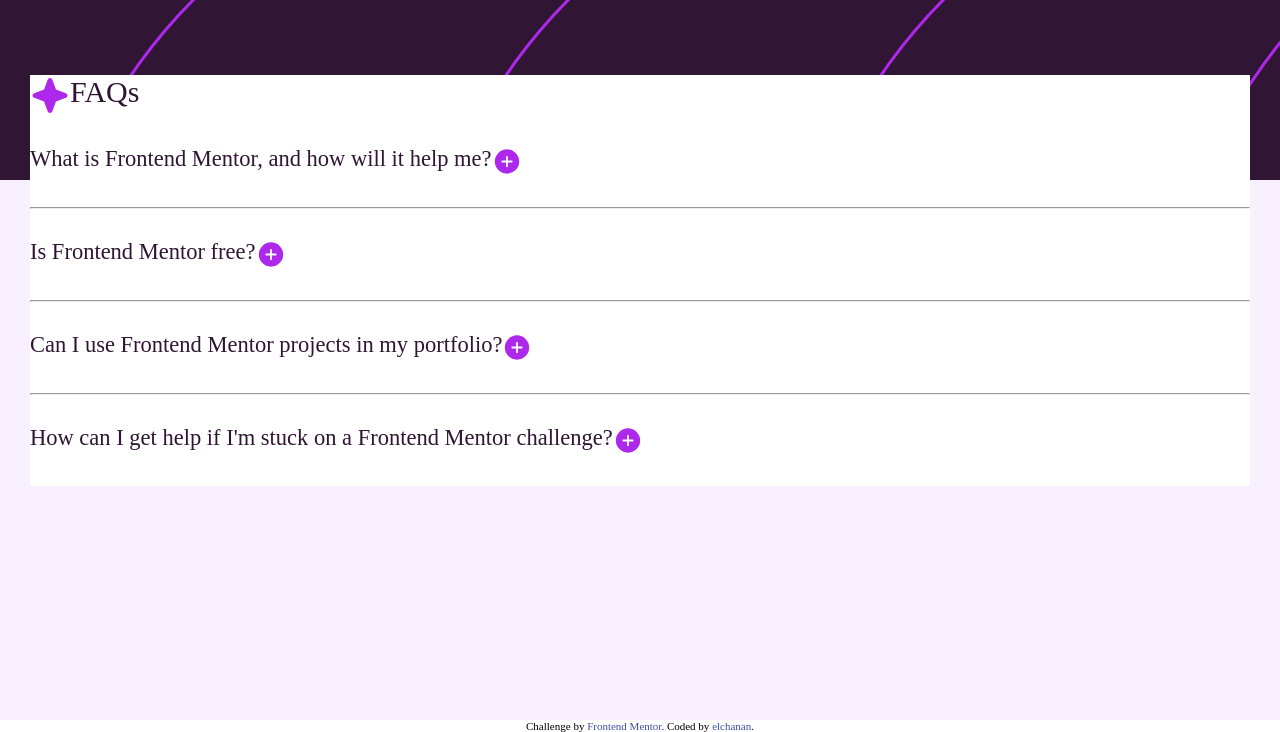
Repository: elchananChen/frontend-mentor-projects
Page: 2024/10/faQs/index.html
These files come from the project's save history. The page is drawn as it stood at one moment and after the next save; the edit follows.
The browser window is 1280 px wide. The pictures show the whole page.

Above is the page before, as saved 2024-10-13 06:11:00.

### 2024/10/faQs/index.html
<!DOCTYPE html>
<html lang="en">
  <head>
    <meta charset="UTF-8" />
    <meta name="viewport" content="width=device-width, initial-scale=1.0" />

    <link
      rel="icon"
      type="image/png"
      sizes="32x32"
      href="./assets/images/favicon-32x32.png"
    />

    <title>Frontend Mentor | FAQ accordion</title>

    <style>
      .attribution {
        font-size: 11px;
        text-align: center;
      }
      .attribution a {
        color: hsl(228, 45%, 44%);
      }
    </style>
    <link rel="stylesheet" href="./style.css" />
  </head>
  <body>
    <article>
      <div class="card">
        <header>
          <div class="flex">
            <div><img src="./assets/images/icon-star.svg" alt="" /></div>
            <h1>FAQs</h1>
          </div>
        </header>
        <main>
          <div class="flex Q-wrapper">
            <h3>What is Frontend Mentor, and how will it help me?</h3>
            <div><img src="./assets/images/icon-plus.svg" alt="" /></div>
          </div>
          <p class="hidden">
            Frontend Mentor offers realistic coding challenges to help
            developers improve their frontend coding skills with projects in
            HTML, CSS, and JavaScript. It's suitable for all levels and ideal
            for portfolio building.
          </p>
          <hr />
          <div class="flex Q-wrapper">
            <h3>Is Frontend Mentor free?</h3>
            <div><img src="./assets/images/icon-plus.svg" alt="" /></div>
          </div>
          <p class="hidden">
            Yes, Frontend Mentor offers both free and premium coding challenges,
            with the free option providing access to a range of projects
            suitable for all skill levels.
          </p>
          <hr />
          <div class="flex Q-wrapper">
            <h3>Can I use Frontend Mentor projects in my portfolio?</h3>
            <div><img src="./assets/images/icon-plus.svg" alt="" /></div>
          </div>
          <p class="hidden">
            Yes, you can use projects completed on Frontend Mentor in your
            portfolio. It's an excellent way to showcase your skills to
            potential employers!
          </p>
          <hr />
          <div class="flex Q-wrapper">
            <h3>
              How can I get help if I'm stuck on a Frontend Mentor challenge?
            </h3>
            <div><img src="./assets/images/icon-plus.svg" alt="" /></div>
          </div>
          <p class="hidden">
            The best place to get help is inside Frontend Mentor's Discord
            community. There's a help channel where you can ask questions and
            seek support from other community members.
          </p>
        </main>
      </div>
    </article>
    <div class="attribution">
      Challenge by
      <a href="https://www.frontendmentor.io?ref=challenge" target="_blank"
        >Frontend Mentor</a
      >. Coded by <a href="#">elchanan</a>.
    </div>
  </body>
</html>

### 2024/10/faQs/style.css
@import url("./css/reset.css");
@import url("./css/varieble.css");
@import url("./css/fonts.css");
@import url("./css/utilities.css");

article {
  min-height: 100vh;
  width: 100%;
  padding: 2rem;
  padding-block: 5rem;
  background: linear-gradient(180deg, transparent 25%, hsl(275, 100%, 97%) 25%),
    url("./assets/images/background-pattern-mobile.svg");
}
.card {
  /* min-height: 100vh; */
  background-color: var(--color-White);
}
header {
}
h1 {
  font-size: 2rem;
  color: var(--color-Dark-purple);
}
h3 {
  font-size: 1.5rem;
  color: var(--color-Dark-purple);
}
.Q-wrapper {
  padding-block: 2rem;
}

### 2024/10/faQs/css/reset.css
* {
  box-sizing: border-box;
  margin: 0;
  padding: 0;
}
html {
  font-family: "overpass-Regular";
}
html,
body {
  min-height: 100vh;
  width: 100%;
  font-size: 15px;
}

img {
  display: block;
  max-width: 100%;
}
h1,
h2,
h3,
h4,
h5,
h6 {
  font-size: 1rem;
  font-weight: normal;
}
button {
  border: 0px;
}

ul,
ol {
  padding-left: 0.5rem;
}
a {
  text-decoration: none;
  color: inherit;
}

### 2024/10/faQs/css/varieble.css
:root {
  --color-White: hsl(0, 0%, 100%);
  --color-Light-pink: hsl(275, 100%, 97%);
  --color-Grayish-purple: hsl(292, 16%, 49%);
  --color-Dark-purple: hsl(292, 42%, 14%);
}

### 2024/10/faQs/css/utilities.css
.flex {
  display: flex;
}
.hidden {
  display: none;
}

Loaded but not shown: 2024/10/faQs/css/fonts.css (no copy from this time; the picture is the same without it)

After the next save:
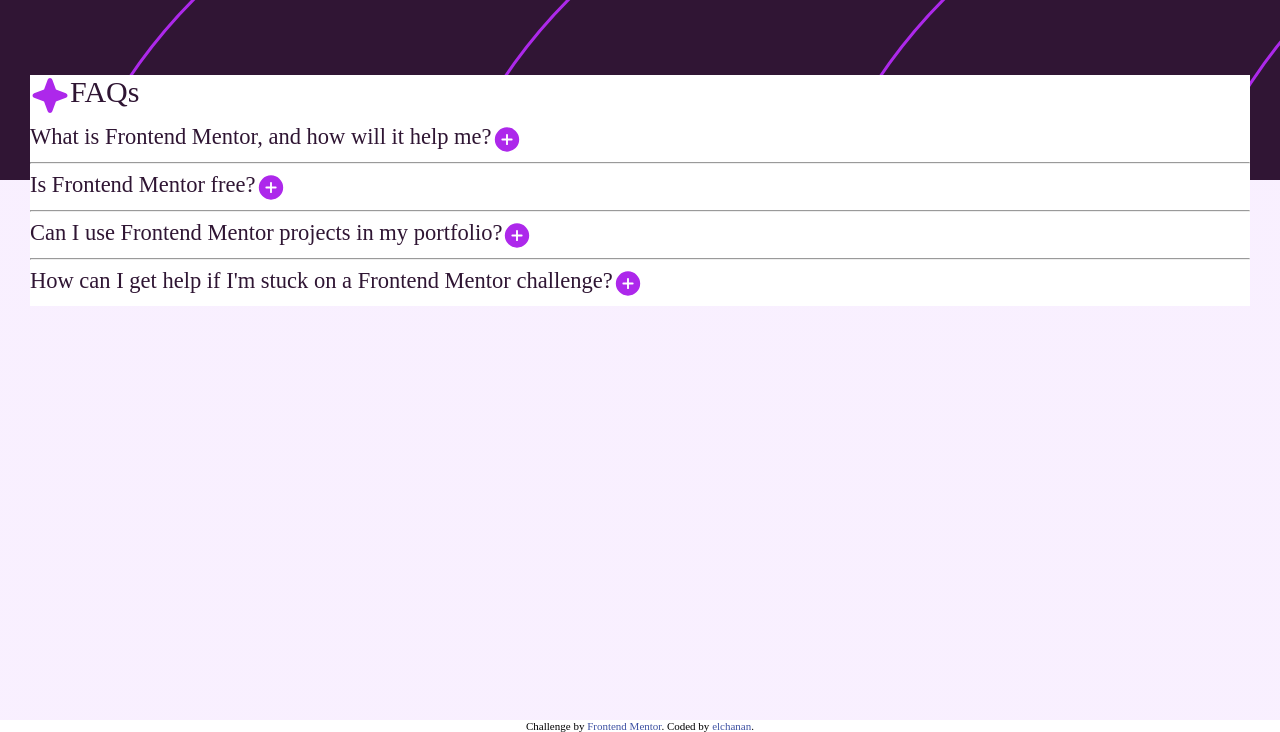
Saved 6 s later.
--- a/2024/10/faQs/style.css
+++ b/2024/10/faQs/style.css
@@ -26,5 +26,5 @@
   color: var(--color-Dark-purple);
 }
 .Q-wrapper {
-  padding-block: 2rem;
+  padding-block: 0.5rem;
 }
